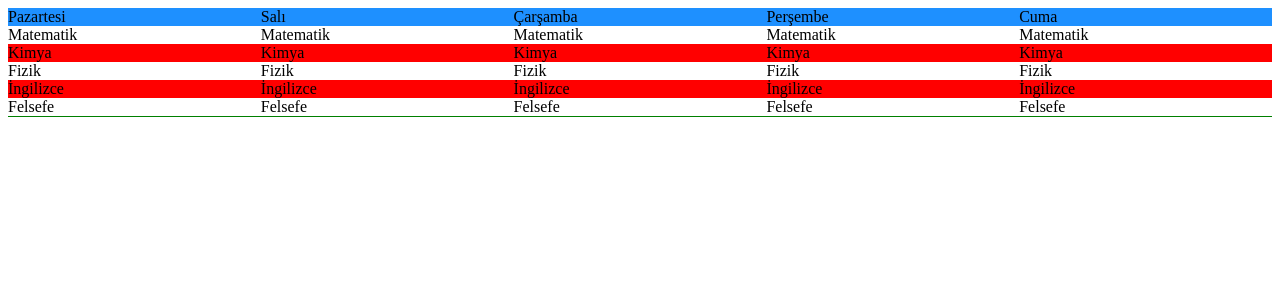
Repository: ahmetbugraozcan/css-ders-programi
Page: deneme.html
These files come from the project's save history. The page is drawn as it stood at one moment and after the next save; the edit follows.
The browser window is 1280 px wide. The pictures show the whole page.

Above is the page before, as saved 2021-07-10 09:31:25.

### deneme.html
<!DOCTYPE html>
<html lang="en">

<head>
    <meta charset="UTF-8">
    <meta http-equiv="X-UA-Compatible" content="IE=edge">
    <meta name="viewport" content="width=device-width, initial-scale=1.0">
    <title>Document</title>
</head>
<style>
    header {
        background-color: dodgerblue;
    }

    header,
    .row {
        display: flex;
        /* aligns all child elements (flex items) in a row */
    }

    .col :nth-of-type(even){
        background-color:red ;
    }
    .col :last-child {
        border-bottom: 1px solid green;
    }

    .col {
        flex: 1;
        /* distributes space on the line equally among items */
    }
</style>

<body>

    <header>
        <div class="col">Pazartesi</div>
        <div class="col">Salı</div>
        <div class="col">Çarşamba</div>
        <div class="col">Perşembe</div>
        <div class="col">Cuma</div>
    </header>
    <div class="row">
        <div class="col">
            <div>Matematik</div>
            <div>Kimya</div>
            <div>Fizik</div>
            <div>İngilizce</div>
            <div>Felsefe</div>
        </div>
        <div class="col"><div>Matematik</div><div>Kimya</div>
            <div>Fizik</div>
            <div>İngilizce</div>
            <div>Felsefe</div>
        </div>
        <div class="col"><div>Matematik</div>
            <div>Kimya</div>
            <div>Fizik</div>
            <div>İngilizce</div>
            <div>Felsefe</div>
        </div>
        <div class="col"><div>Matematik</div><div>Kimya</div>
            <div>Fizik</div>
            <div>İngilizce</div>
            <div>Felsefe</div>
        </div>
        <div class="col"><div>Matematik</div>
            <div>Kimya</div>
            <div>Fizik</div>
            <div>İngilizce</div>
            <div>Felsefe</div>
        </div>
    </div>
</body>

</html>

After the next save:
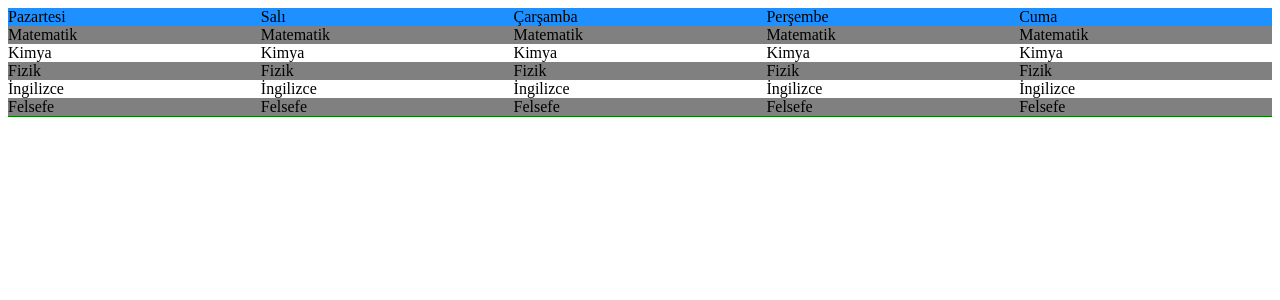
Saved 7 s later.
--- a/deneme.html
+++ b/deneme.html
@@ -18,8 +18,8 @@
         /* aligns all child elements (flex items) in a row */
     }
 
-    .col :nth-of-type(even){
-        background-color:red ;
+    .col :nth-of-type(odd){
+        background-color:grey ;
     }
     .col :last-child {
         border-bottom: 1px solid green;
